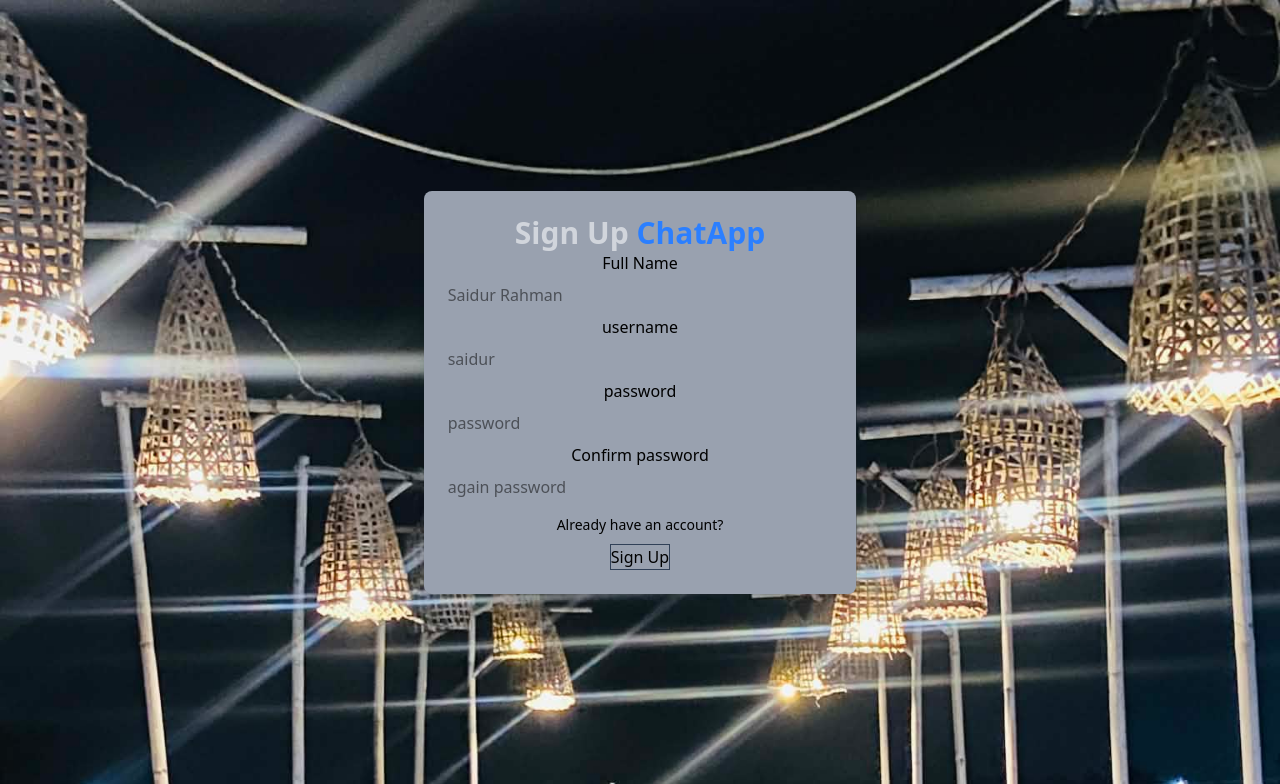
Repository: ridhukhan/chatapp
Page: / (app in frontend/)
An editor plug-in stored every save of this project. The page is shown before and after the next save, followed by the edit.
The browser window is 1280 px wide. The pictures show the whole page.
Backgrounds fixed to the window are drawn as part of the page. The project was rebuilt for these pictures with package versions that can differ from the ones it lists, and the page was loaded fresh each time. Also part of the build but not shown: frontend/vite.config.js, frontend/src/Pages/login/Login.jsx.

Above is the page before, as saved 2025-12-25 13:19:45.

### frontend/src/index.css
@import "tailwindcss";


body{

background-image: url("/bg1.jpeg");
background-repeat: no-repeat;
background-size: cover;
background-position: center;
background-attachment: fixed;
}

### frontend/src/App.jsx

import './App.css'
import Login from './Pages/login/Login'
import SignUp from './Pages/signup/SignUp'

function App() {

  return (
    <div className='p-4 h-screen flex items-center justify-center'>
     <SignUp/>
    </div>
  )
}

export default App

### frontend/src/Pages/signup/SignUp.jsx
import React from 'react'

const SignUp = () => {
  return (
    <div  className='flex flex-col items-center justify-center min-w-96 mx-auto'>

<div  className='w-full p-6 rounded-lg shadow-md bg-gray-400 bg-clip-padding backdrop-filter backdrop-blur-lg bg-opacity-0'>

	<h1 className='text-3xl font-semibold text-center text-gray-300'>
	Sign Up <span className='text-blue-500'> ChatApp</span></h1>

<form action="">
<div>

    <label  className='label p-2'>
        <span className='text-base label-text'>Full Name</span>
    </label>
    <input type='text' placeholder='Saidur Rahman' className='w-full input input-bordered  h-10' />
</div>

<div>

    <label  className='label p-2'>
        <span className='text-base label-text'>username</span>
    </label>
    <input type='text' placeholder='saidur' className='w-full input input-bordered  h-10' />
</div>

<div>

    <label  className='label p-2'>
        <span className='text-base label-text'>password</span>
    </label>
    <input type='password' placeholder='password' className='w-full input input-bordered  h-10' />
</div>
<div>

    <label  className='label p-2'>
        <span className='text-base label-text'>Confirm password</span>
    </label>
    <input type='text' placeholder='again password' className='w-full input input-bordered  h-10' />
</div>


					<a className='text-sm hover:underline hover:text-blue-600 mt-2 inline-block' href='#'>
 						Already have an account?
					</a>

					<div>
						<button className='btn btn-block btn-sm mt-2 border border-slate-700'>Sign Up</button>
</div>










</form>

</div>




    </div>
  )
}

export default SignUp

Loaded but not shown: frontend/index.html (common file); frontend/src/main.jsx (common file); frontend/src/App.css (common file)

After the next save:
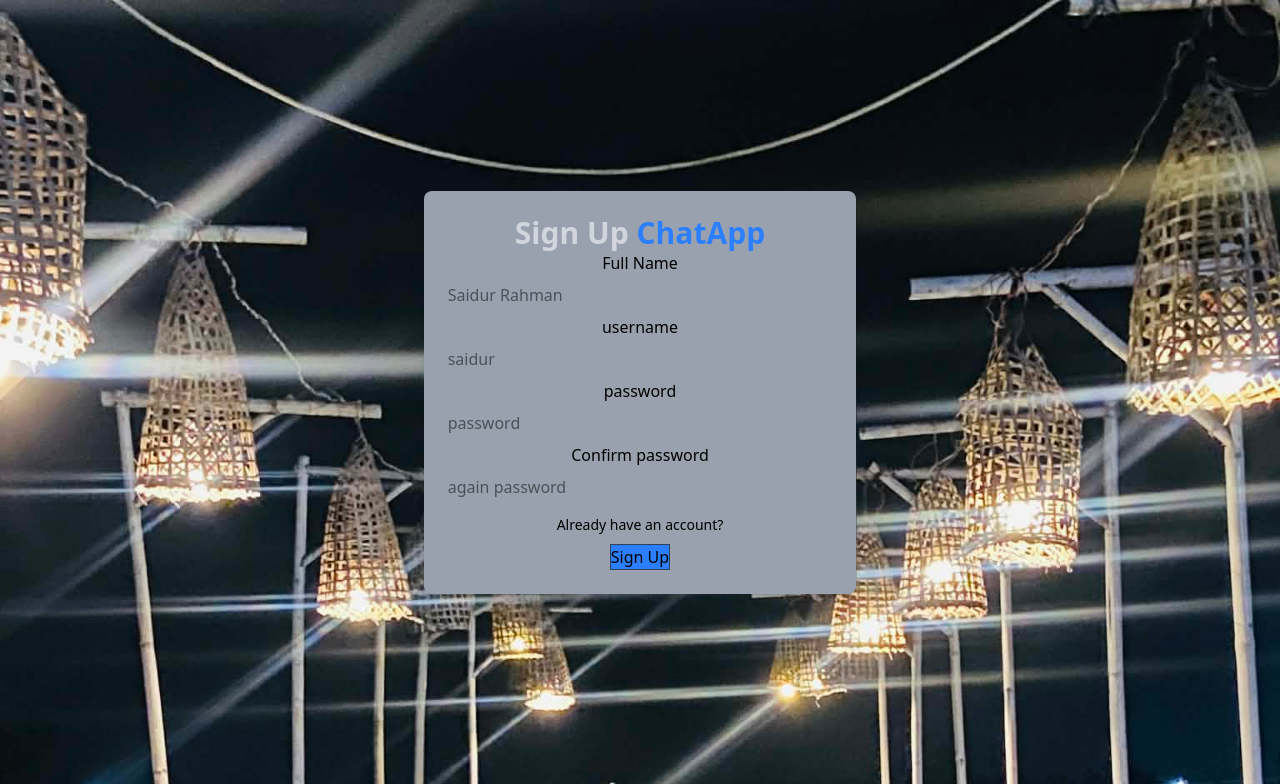
Saved 66 s later.
--- a/frontend/src/Pages/signup/SignUp.jsx
+++ b/frontend/src/Pages/signup/SignUp.jsx
@@ -47,7 +47,7 @@
 					</a>
 
 					<div>
-						<button className='btn btn-block btn-sm mt-2 border border-slate-700'>Sign Up</button>
+						<button className='btn btn-block btn-sm mt-2 border border-slate-700 bg-blue-500' >Sign Up</button>
 </div>
 
 
